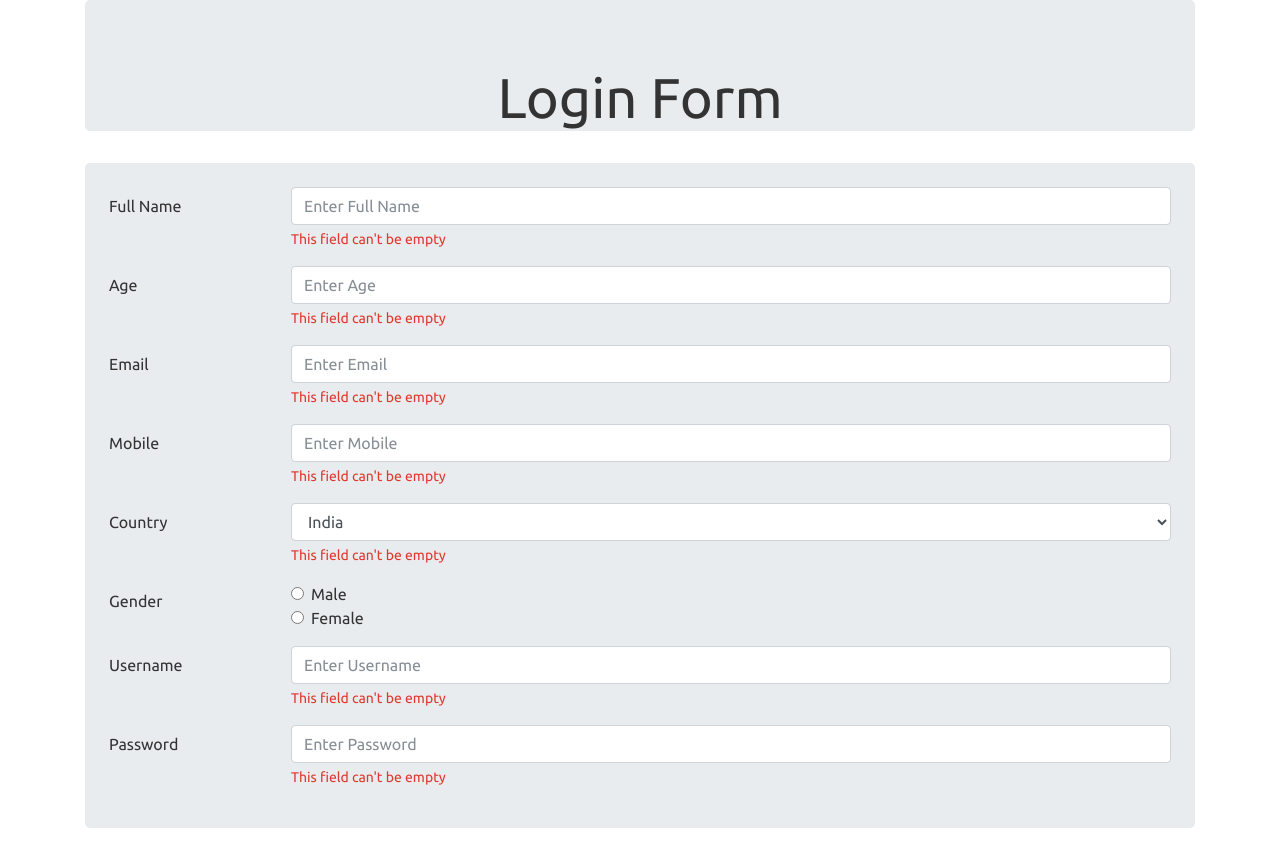
Repository: amar468S/Ng-templateDrivenForm
Page: /
An editor plug-in stored every save of this project. The page is shown before and after the next save, followed by the edit.
The browser window is 1280 px wide. The pictures show the whole page.
Some web libraries are served in a nearby version. The project was rebuilt for these pictures with package versions that can differ from the ones it lists, and the page was loaded fresh each time. Also part of the build but not shown: angular.json.

Above is the page before, as saved 2019-02-03 16:02:23.

### src/index.html
<!doctype html>
<html lang="en">
<head>
  <meta charset="utf-8">
  <title>NgTemplateForms</title>
  <base href="/">

  <meta name="viewport" content="width=device-width, initial-scale=1">
  <link rel="icon" type="image/x-icon" href="favicon.ico">
  <!-- CSS -->
  <link rel="stylesheet" href="https://stackpath.bootstrapcdn.com/bootstrap/4.2.1/css/bootstrap.min.css" integrity="sha384-GJzZqFGwb1QTTN6wy59ffF1BuGJpLSa9DkKMp0DgiMDm4iYMj70gZWKYbI706tWS" crossorigin="anonymous">
  <link rel="stylesheet" href="https://bootswatch.com/4/united/bootstrap.min.css">
  <!-- JS -->
  <script src="https://code.jquery.com/jquery-3.3.1.slim.min.js" integrity="sha384-q8i/X+965DzO0rT7abK41JStQIAqVgRVzpbzo5smXKp4YfRvH+8abtTE1Pi6jizo" crossorigin="anonymous"></script>
  <script src="https://cdnjs.cloudflare.com/ajax/libs/popper.js/1.14.6/umd/popper.min.js" integrity="sha384-wHAiFfRlMFy6i5SRaxvfOCifBUQy1xHdJ/yoi7FRNXMRBu5WHdZYu1hA6ZOblgut" crossorigin="anonymous"></script>
  <script src="https://stackpath.bootstrapcdn.com/bootstrap/4.2.1/js/bootstrap.min.js" integrity="sha384-B0UglyR+jN6CkvvICOB2joaf5I4l3gm9GU6Hc1og6Ls7i6U/mkkaduKaBhlAXv9k" crossorigin="anonymous"></script>

</head>
<body>
  <app-root></app-root>
</body>
</html>

### src/app/app.component.html
<div class="container">
    <div class="jumbotron pb-0">
      <p class="display-4 text-center mb-0">Login Form</p>
    </div>

  <div class="jumbotron p-4">
  <form>
      <div class="form-group row">
          <label class="col-sm-2 col-form-label">Full Name</label>
          <div class="col-sm-10">
            <input type="text" class="form-control" placeholder="Enter Full Name">
            <small class="form-text text-danger">This field can't be empty</small>
          </div>
      </div>
      <div class="form-group row">
          <label class="col-sm-2 col-form-label">Age</label>
          <div class="col-sm-10">
            <input type="number" class="form-control" placeholder="Enter Age">
            <small class="form-text text-danger">This field can't be empty</small>
          </div>
      </div>
      <div class="form-group row">
          <label class="col-sm-2 col-form-label">Email</label>
          <div class="col-sm-10">
            <input type="text" class="form-control" placeholder="Enter Email">
            <small class="form-text text-danger">This field can't be empty</small>
          </div>
      </div>
      <div class="form-group row">
          <label class="col-sm-2 col-form-label">Mobile</label>
          <div class="col-sm-10">
            <input type="text" class="form-control" placeholder="Enter Mobile">
            <small class="form-text text-danger">This field can't be empty</small>
          </div>
      </div>
      <div class="form-group row">
          <label class="col-sm-2 col-form-label">Country</label>
          <div class="col-sm-10">
            <select class="form-control">
              <option value="India">India</option>
              <option value="Sri Lanka">Sri Lanka</option>
              <option value="Bangladesh">Bangladesh</option>
              <option value="Nepal">Nepal</option>
            </select>
            <small class="form-text text-danger">This field can't be empty</small>
          </div>
      </div>
      <div class="form-group row">
          <label class="col-sm-2 col-form-label">Gender</label>
          <div class="col-sm-10">
            <div class="form-check">
              <input class="form-check-input" type="radio" name="gender">
              <label class="form-check-label">Male</label>
            </div>
            <div class="form-check">
                <input class="form-check-input" type="radio" name="gender">
                <label class="form-check-label">Female</label>
            </div>
          </div>
      </div>
      <div class="form-group row">
          <label class="col-sm-2 col-form-label">Username</label>
          <div class="col-sm-10">
            <input type="text" class="form-control" placeholder="Enter Username">
            <small class="form-text text-danger">This field can't be empty</small>
          </div>
      </div>
      <div class="form-group row">
          <label class="col-sm-2 col-form-label">Password</label>
          <div class="col-sm-10">
            <input type="password" class="form-control" placeholder="Enter Password">
            <small class="form-text text-danger">This field can't be empty</small>
          </div>
      </div>
  </form>
  </div>

</div>

Loaded but not shown: src/styles.css (common file); src/main.ts (common file); src/app/app.module.ts (common file); src/environments/environment.ts (common file); src/app/app.component.ts (common file); src/app/app.component.css (no stored copy; drawn as an empty file)

After the next save:
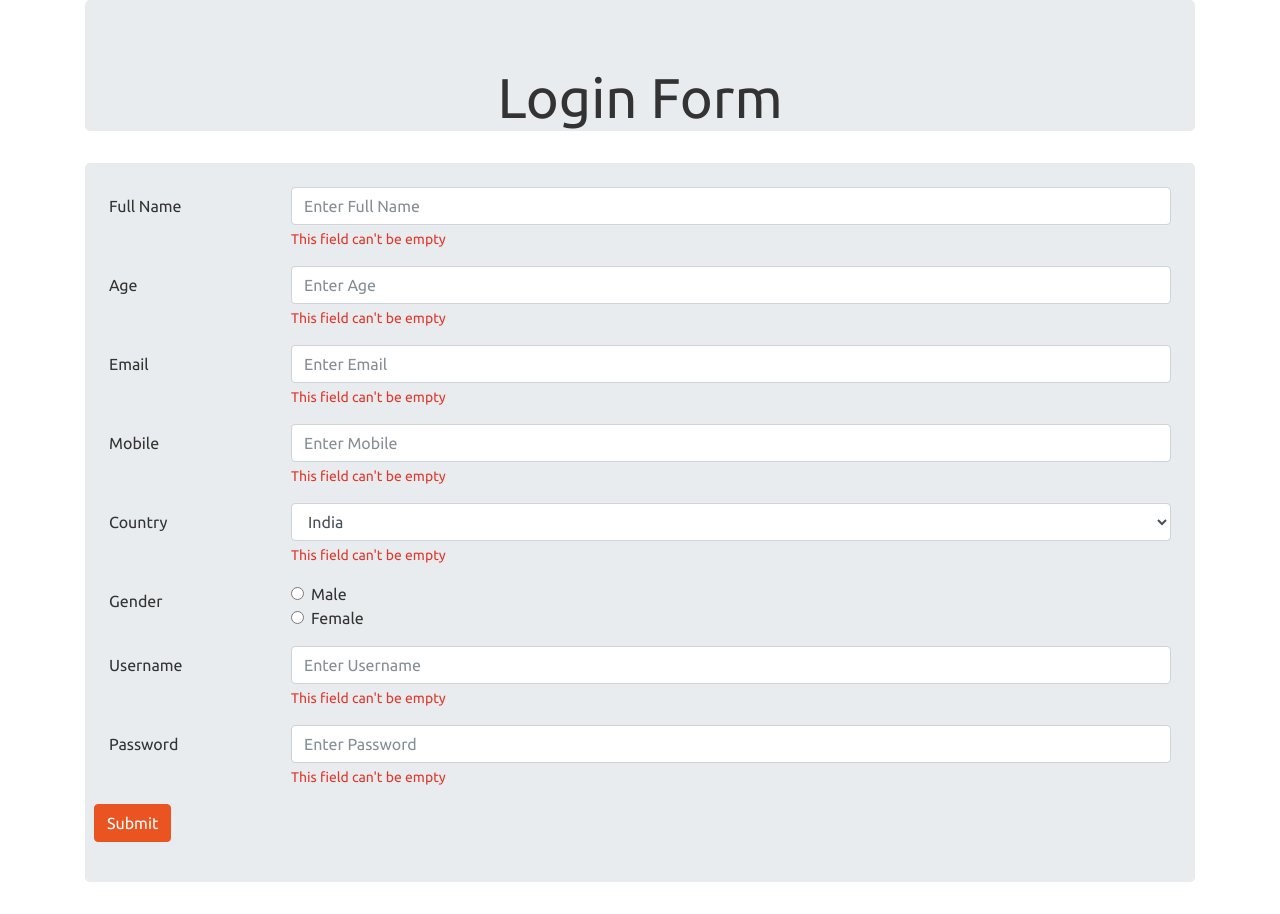
Saved 74 s later.
--- a/src/app/app.component.html
+++ b/src/app/app.component.html
@@ -72,6 +72,11 @@
             <small class="form-text text-danger">This field can't be empty</small>
           </div>
       </div>
+      <div class="form-group row">
+          <div class="text-center">
+            <input type="submit" class="btn btn-primary">
+          </div>
+      </div>
   </form>
   </div>
 
